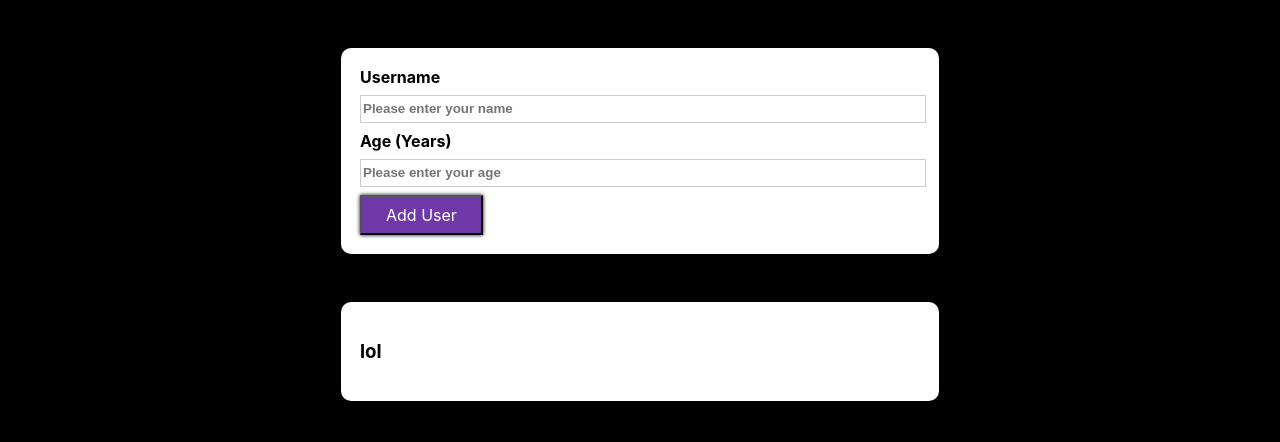
Repository: NamalPathirana/section-eight
Page: /
The author's editor kept a copy of each file at every save. The page is drawn from the files as they stood at one save, then again after the next save.
The browser window is 1280 px wide. The pictures show the whole page.
The project was rebuilt for these pictures with package versions that can differ from the ones it lists, and the page was loaded fresh each time.

Above is the page before, as saved 2021-11-26 03:58:48.

After the next save:
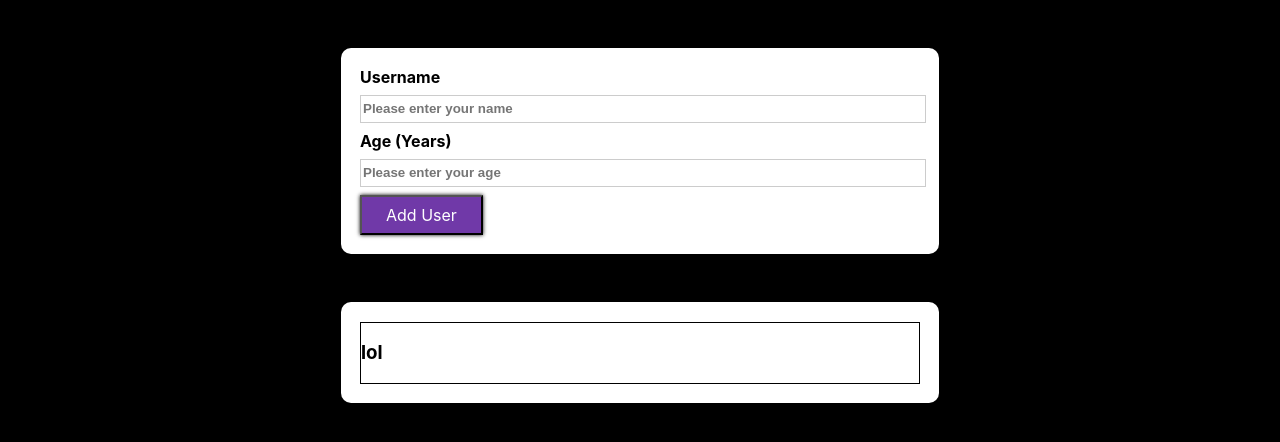
Saved 12 s later.
--- a/src/Components/UserListItem/UserListItem.module.css
+++ b/src/Components/UserListItem/UserListItem.module.css
@@ -1,3 +1,3 @@
 .list_item{
-    border: black;
+    border: 1px solid black;
 }
